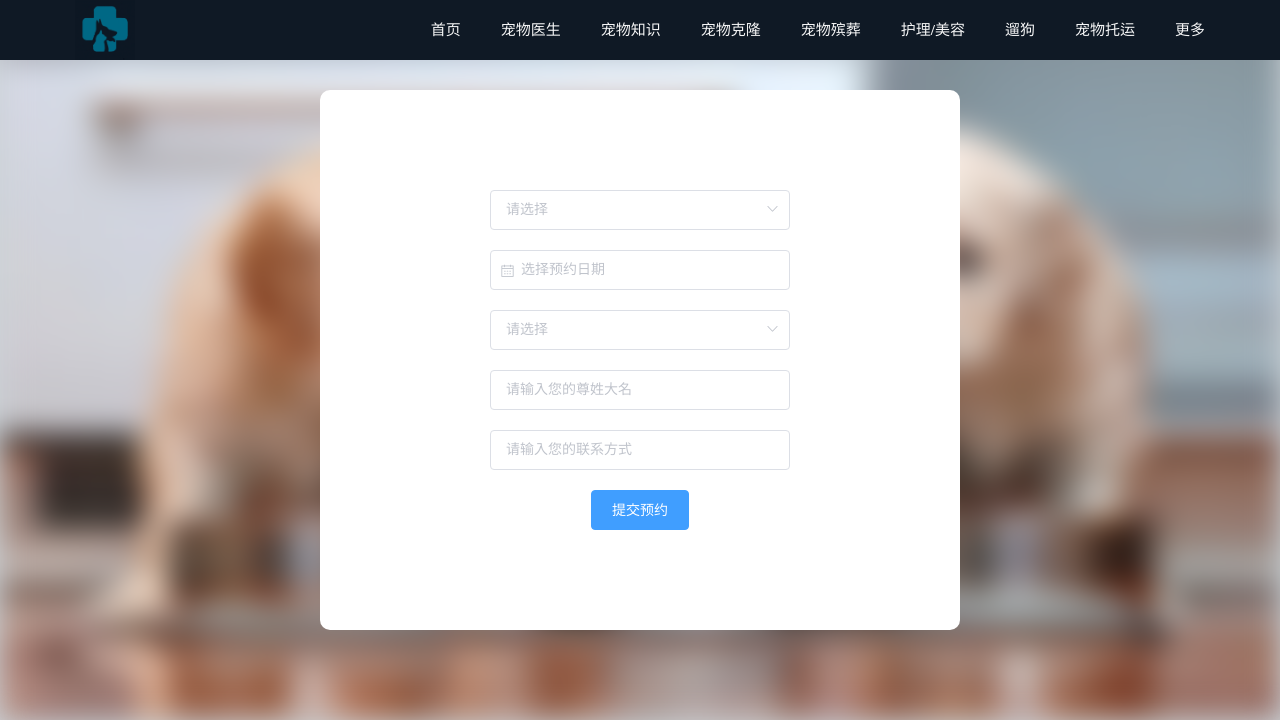
Repository: Sharang-heng/pet-hospital
Page: /petCare
These files come from the project's save history. The page is drawn as it stood at one moment and after the next save; the edit follows.
The browser window is 1280 px wide. The pictures show the whole page.
The project was rebuilt for these pictures with package versions that can differ from the ones it lists, and the page was loaded fresh each time. Also part of the build but not shown: vue.config.js, src/components/home_short.vue, src/views/HomePage.vue, src/components/footer.vue, src/views/counsel.vue, src/views/doctor.vue, src/views/knowledge.vue, src/views/clone.vue and 11 more. Imported but missing from the stored project, and not drawn on this page: src/assets/video/homepage.mp4.

Above is the page before, as saved 2021-01-13 15:03:37.

After the next save:
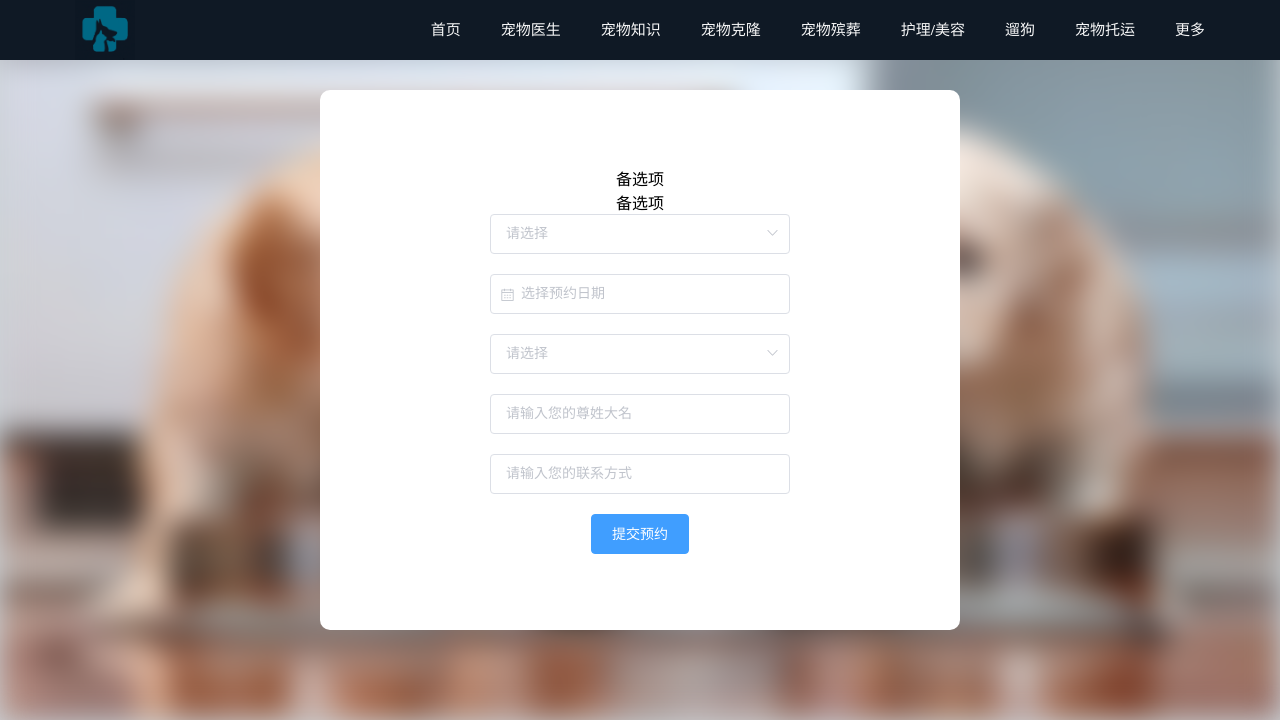
Saved 2 min 45 s later.
--- a/src/views/petCare.vue
+++ b/src/views/petCare.vue
@@ -2,11 +2,17 @@
   <div>
     <shortcut class="shortcut"></shortcut>
     <div class="videos">
-      <img src="../assets/img/dog4.jpg">
+      <img src="../assets/img/dog4.jpg" />
     </div>
     <div class>
-      <el-form  label-width="100px" class="main">
-        <el-select v-model="ServiceName" placeholder="请选择" class="form_input">
+      <el-form label-width="100px" class="main">
+        <el-radio v-model="radio" label="1">备选项</el-radio>
+        <el-radio v-model="radio" label="2">备选项</el-radio>
+        <el-select
+          v-model="ServiceName"
+          placeholder="请选择"
+          class="form_input"
+        >
           <el-option
             v-for="item in ServiceOptions"
             :key="item.value"
@@ -21,7 +27,7 @@
           @change="getTimeList"
           :picker-options="pickerOptions"
           placeholder="选择预约日期"
-          :style="{width:'300px','margin-bottom':'20px'}"
+          :style="{ width: '300px', 'margin-bottom': '20px' }"
         ></el-date-picker>
         <el-select v-model="orderTime" placeholder="请选择" class="form_input">
           <el-option
@@ -32,8 +38,17 @@
           ></el-option>
         </el-select>
         <!-- <el-input v-model="number" placeholder="请输入" class="form_input" prop="number"></el-input> -->
-        <el-input v-model="name" placeholder="请输入您的尊姓大名" class="form_input"></el-input>
-        <el-input v-model="number" placeholder="请输入您的联系方式" class="form_input" prop="number"></el-input>
+        <el-input
+          v-model="name"
+          placeholder="请输入您的尊姓大名"
+          class="form_input"
+        ></el-input>
+        <el-input
+          v-model="number"
+          placeholder="请输入您的联系方式"
+          class="form_input"
+          prop="number"
+        ></el-input>
         <el-button type="primary" @click="submitOrder">提交预约</el-button>
       </el-form>
     </div>
@@ -44,7 +59,7 @@
 import shortcut from "../components/shortcut";
 export default {
   components: {
-    shortcut: shortcut
+    shortcut: shortcut,
   },
   created() {
     this.ServiceName = sessionStorage.getItem("ServiceName");
@@ -65,8 +80,8 @@
       //   JSON.stringify(this.timeValue)
       // );
       // this.canOrderTime=res.data
-      console.log(this.ServiceName)
-    }
+      console.log(this.ServiceName);
+    },
   },
   data() {
     return {
@@ -76,55 +91,55 @@
       // 提交表单预约的时间
       orderTime: "",
       timeValue: "",
-      petType:'',
+      petType: "",
       pickerOptions: {
         // 限制预约时间
         disabledDate(time) {
           return time.getTime() < Date.now() - 24 * 60 * 60 * 1000;
-        }
+        },
       },
       // 下拉框选择医生
       ServiceOptions: [
         {
           value: "宠物克隆",
-          label: "宠物克隆"
+          label: "宠物克隆",
         },
-         {
+        {
           value: "细胞保存",
-          label: "细胞保存"
+          label: "细胞保存",
         },
-          {
+        {
           value: "宠物组织保存",
-          label: "宠物组织保存"
+          label: "宠物组织保存",
         },
       ],
       // 下拉框获取可以预约的时间
       timeOptions: [
         {
           value: "8:30",
-          label: "8:30"
+          label: "8:30",
         },
         {
           value: "9:30",
-          label: "9:30"
+          label: "9:30",
         },
         {
           value: "11:30",
-          label: "11:30"
+          label: "11:30",
         },
         {
           value: "4:30",
-          label: "4:30"
+          label: "4:30",
         },
         {
           value: "5:30",
-          label: "5:30"
-        }
+          label: "5:30",
+        },
       ],
       name: "",
-      number: ""
+      number: "",
     };
-  }
+  },
 };
 </script>
 
